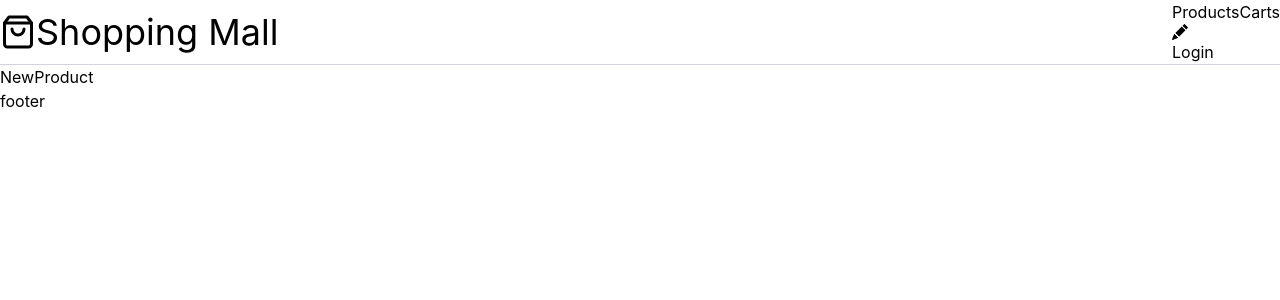
Repository: dnjfht/shopping_mall
Page: /products/new
These files come from the project's save history. The page is drawn as it stood at one moment and after the next save; the edit follows.
The browser window is 1280 px wide. The pictures show the whole page.
The project was rebuilt for these pictures with package versions that can differ from the ones it lists, and the page was loaded fresh each time. Also part of the build but not shown: src/App.css, src/pages/Home.jsx, src/pages/AllProducts.jsx, src/pages/ProductDetail.jsx, src/pages/NotFound.jsx, src/pages/MyCart.jsx.

Above is the page before, as saved 2023-03-05 20:50:26.

After the next save:
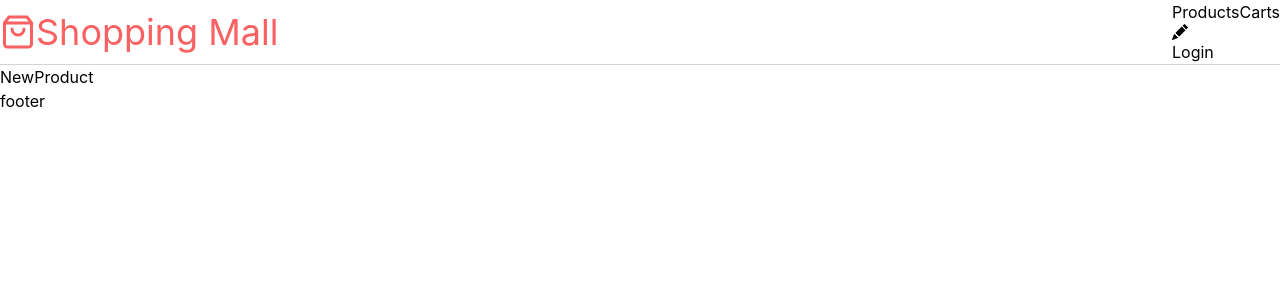
Saved 2 min 9 s later.
--- a/src/components/Header.jsx
+++ b/src/components/Header.jsx
@@ -6,7 +6,7 @@ import { BsFillPencilFill } from "react-icons/bs";
 export default function Header() {
   return (
     <header className="flex justify-between border-b border-gray-300">
-      <Link to="/" className="flex items-center text-4xl">
+      <Link to="/" className="flex items-center text-4xl text-brand">
         <FiShoppingBag />
         <h1>Shopping Mall</h1>
       </Link>
